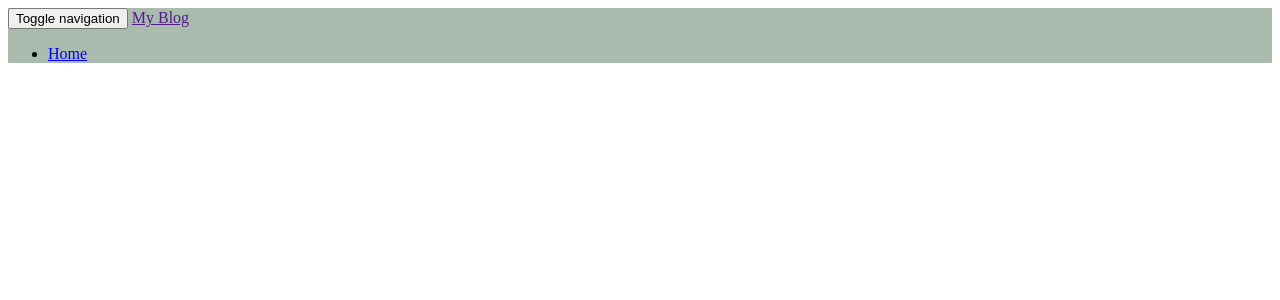
Repository: AnnieFisher/blog
Page: BlogMVC/WebContent/nav.html
An editor plug-in stored every save of this project. The page is shown before and after the next save, followed by the edit.
The browser window is 1280 px wide. The pictures show the whole page.

Above is the page before, as saved 2016-12-19 07:04:31.

After the next save:
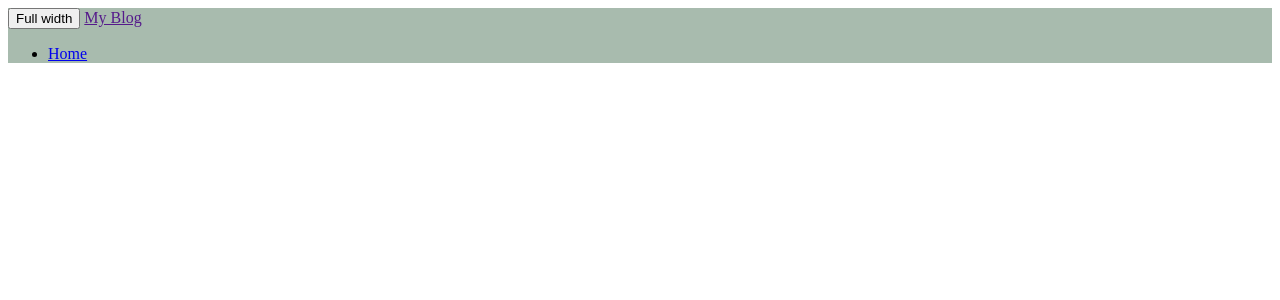
Saved 46 s later.
--- a/BlogMVC/WebContent/nav.html
+++ b/BlogMVC/WebContent/nav.html
@@ -5,7 +5,7 @@
         <div class="container-fluid">
           <div class="navbar-header">
             <button type="button" class="navbar-toggle collapsed" data-toggle="collapse" data-target="#navbar" aria-expanded="false" aria-controls="navbar">
-              <span class="sr-only">Toggle navigation</span>
+              <span class="sr-only">Full width</span>
 
             </button>
             <a class="navbar-brand" href="">My Blog</a>

After the 2 saves that followed:
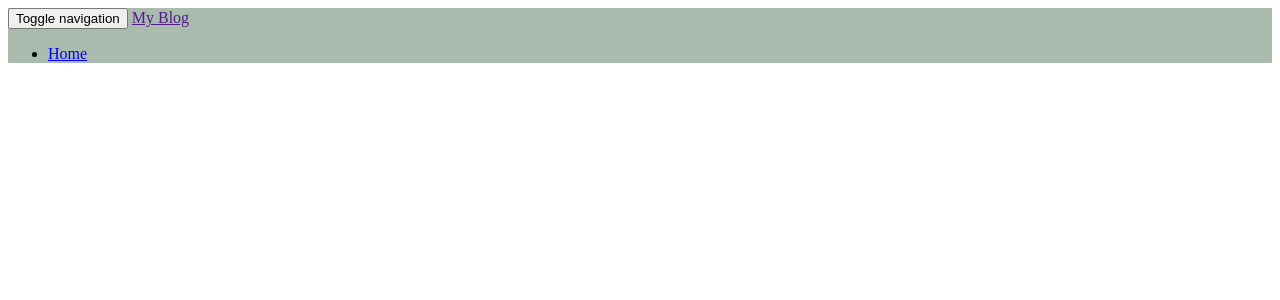
The 2 saves are shown as one change because 1 left the picture as it was.
The last was saved 37 s later.
--- a/BlogMVC/WebContent/nav.html
+++ b/BlogMVC/WebContent/nav.html
@@ -5,7 +5,7 @@
         <div class="container-fluid">
           <div class="navbar-header">
             <button type="button" class="navbar-toggle collapsed" data-toggle="collapse" data-target="#navbar" aria-expanded="false" aria-controls="navbar">
-              <span class="sr-only">Full width</span>
+              <span class="sr-only">Toggle navigation</span>
 
             </button>
             <a class="navbar-brand" href="">My Blog</a>
